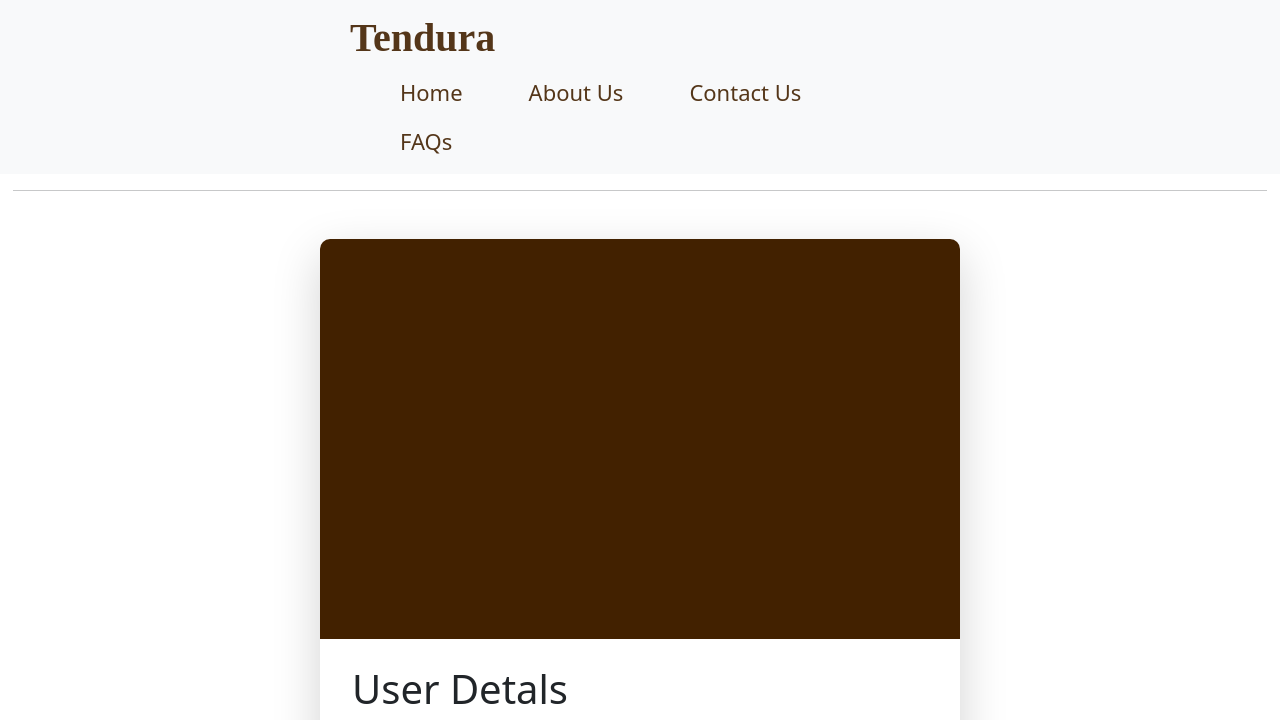
Repository: Starboy117/OOP-Project
Page: http://localhost/Online_Hotel_Reservation_System/userProfile.jsp
These files come from the project's save history. The page is drawn as it stood at one moment and after the next save; the edit follows.
The browser window is 1280 px wide. The pictures show the whole page.
An inner scrolling area shows only its first screen. The page is served by Tomcat 9. The session is filled in as if someone had signed in: {"userId": 1, "name": "Test User", "userDetails": "testuser"}. Other server files are loaded and not shown.

Above is the page before, as saved 2025-05-07 14:43:01.

### Online_Hotel_Reservation_System/src/main/webapp/userProfile.jsp
<!DOCTYPE html>
<%@ taglib uri="http://java.sun.com/jsp/jstl/core" prefix="c" %>

<%

	Integer id = (Integer) session.getAttribute("userId");
	if(id == null){

		response.sendRedirect("Login.jsp");
		return;
	}
%>

<c:if test="${not empty sessionScope.user}">
<p>error</p>
</c:if>

<html>
    <head>
        <meta charset="UTF-8" />
        <meta name="viewport" content="width=device-width, initial-scale=1.0" />
        <title>Tendura</title>
        <link rel="icon" href="Images/Tendura 1.png" type="image/png" />
        <link href="https://cdn.jsdelivr.net/npm/bootstrap@5.0.2/dist/css/bootstrap.min.css" rel="stylesheet" />
        <link href="https://cdn.jsdelivr.net/npm/bootstrap-icons/font/bootstrap-icons.css" rel="stylesheet">
        <link href="css/userProfile.css" rel="stylesheet">
    </head>

    <body>
        <nav class="navbar custom navbar-light bg-light fixed-top" style="opacity: 90%;">
            <div class="logo1">
              <a href="Home.jsp" class="navbar-brand">
                <span class="fw-bold text-brown fs-1 text-s5">Tendura</span>
              </a>
            </div>
            <div class="tabs">
              <ul class="nav" style="margin: 0%;">
                <li class="nav-item">
                  <a class="nav-link custom" href="Home.jsp">Home</a>
                </li>
                <li class="nav-item">
                  <a class="nav-link custom" href="#">About Us</a>
                </li>
                <li class="nav-item">
                  <a class="nav-link custom" href="#">Contact Us</a>
                </li>
                <li class="nav-item">
                  <a class="nav-link custom" href="#">FAQs</a>
                </li>
              </ul>
            </div>
          </nav>
        <center>
          <hr style="width: 98%; border: 2px #422100;" class="mb-5">
        </center>

        <div class="profile-container shadow-lg">

          <div class="design1">

          </div>

          <form id="form1">

              <div class="form-container">
                <fieldset disabled id="fieldset1">
                  <legend class="fs-1">User Detals</legend><br>
                  <label class="fs-3">Name ${user.name}</label><br>
                  <input class="input1" type="text" value="${user.name}"><br><br>

                  <label class="fs-3">Username</label><br>
                  <input class="input1" type="text" value="${user.username}"><br><br>

                  <label class="fs-3">Email</label><br>
                  <input class="input1" type="email" value="${user.email}"><br><br>
                </fieldset>

                <button type="button" class="btn custom bg-brown btn-lg border-0" id="edit-btn" onclick="updateProfile();">Edit <i class="bi bi-pencil"></i></button>
                <button type="submit" class="btn-success btn-lg border-0" style="display: none;margin-bottom:50px;" id="update-btn">Update <i class="bi bi-arrow-clockwise"></i>
                </button>
                </div>

            </form>

              <br><br>
              <hr style="margin: auto;">
              <br><br>

          <form id="form2">

              <div class="form-container" style="padding-bottom:50px;">
                <fieldset disabled id="fieldset2">
                  <legend class="fs-1">Password</legend><br>
                  <label class="fs-3">Username</label><br>
                  <input class="input1" type="password" value="${user.password}"><br><br>

                  <label class="fs-3">Confirm Password</label><br>
                  <input class="input1" type="password" value="${user.password}"><br><br>
                </fieldset>

                <button type="button" class="btn custom bg-brown btn-lg border-0" id="cp-btn" onclick="changePass();">Change Password</button>
                <button type="submit" class="btn-success btn-lg border-0" style="margin-bottom:50px;display:none" id="cp-update-btn">Change Password</button>

              </div>

          </form>


        </div>

        <script src="js/userProfile.js"></script>
    </body>




</html>

### Online_Hotel_Reservation_System/src/main/webapp/css/userProfile.css
@font-face {
    font-family: 'Cinzel';
    src: url('Fonts/Cinzel-VariableFont_wght.ttf') format('truetype');
  }



  html, body {
    margin: 0;
    padding: 0;
    height: 100%;
    overflow-x: hidden;
  }




  .bg-brown {
    background-color: #422100;
    color: whitesmoke;
  }

  .text-brown {
    color: #422100;

  }

  .text-s5{

    font-family: 'Cinzil';
  }

  .navbar.custom{

    padding-left: 350px;
    padding-right: 350px;
    position: relative;
  }

  .logo1 {

    width: auto;
  }

  .tabs {
    margin-right: 50px;
    display: flex;
    align-items: center;
  }

  .nav-link.custom {
    color: #422100;
    font-size: 22px;
    font-weight: 400;
    padding-left: 50px;
  }

  .nav-link.custom:hover,
  .nav-link.custom.active {
    color: #d6ab5b;
  }

  .profile-container{

    height: auto;
    margin: auto;
    width: 50%;
    border-radius: 10px;
  }

  .design1{

    height: 400px;
    width: 100%;
    background-color: #422100;
    border-top-left-radius: 10px;
    border-top-right-radius: 10px;
  }

  .input1{

    margin-top: 20px;
    width: 100%;
    height: 50px;
    border: 1px solid #ccc;
}

.form-container{

  width: 90%;
  margin: auto;
  margin-top: 20px;

}

.btn.custom {
  margin-bottom: 50px;
}

### Online_Hotel_Reservation_System/src/main/webapp/js/userProfile.js

document.addEventListener('DOMContentLoaded', function() {
    function updateProfile() {
        document.getElementById("fieldset1").disabled = false;
        document.getElementById("edit-btn").style.display = "none";
        document.getElementById("update-btn").style.display = "block";
        const inputs = document.querySelectorAll("#form1 input");
        inputs.forEach(input => {
            input.style.border = "1px solid #6c6c6c";
        });
    }

    function changePass() {
        document.getElementById("fieldset2").disabled = false;
        document.getElementById("cp-btn").style.display = "none";
        document.getElementById("cp-update-btn").style.display = "block";
        const inputs = document.querySelectorAll("#form2 input");
        inputs.forEach(input => {
            input.style.border = "1px solid #6c6c6c";
        });
    }

    // Password visibility toggle
    const togglePassword = document.querySelector('#togglePassword');
    const toggleConfirmPassword = document.querySelector('#toggleConfirmPassword');
    const password = document.querySelector('#password');
    const confirmPassword = document.querySelector('#confirmPassword');

    if (togglePassword && password) {
        togglePassword.addEventListener('click', function() {
            // toggle the type attribute
            const type = password.getAttribute('type') === 'password' ? 'text' : 'password';
            password.setAttribute('type', type);

            // toggle the icon
            this.classList.toggle('bi-eye');
            this.classList.toggle('bi-eye-slash');
        });
    }

    if (toggleConfirmPassword && confirmPassword) {
        toggleConfirmPassword.addEventListener('click', function() {
            // toggle the type attribute
            const type = confirmPassword.getAttribute('type') === 'password' ? 'text' : 'password';
            confirmPassword.setAttribute('type', type);

            // toggle the icon
            this.classList.toggle('bi-eye');
            this.classList.toggle('bi-eye-slash');
        });
    }

    // Make functions available globally if needed
    window.updateProfile = updateProfile;
    window.changePass = changePass;
});

After the next save:
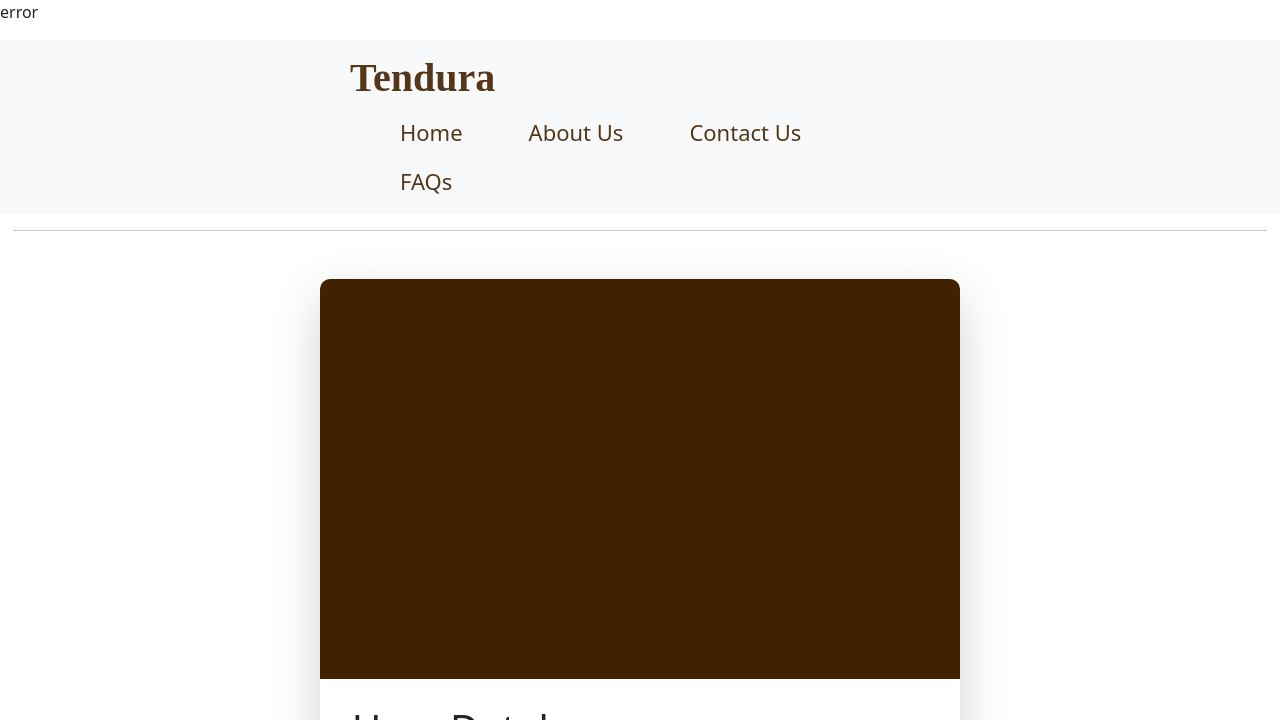
Saved 4 min 7 s later.
--- a/Online_Hotel_Reservation_System/src/main/webapp/userProfile.jsp
+++ b/Online_Hotel_Reservation_System/src/main/webapp/userProfile.jsp
@@ -10,9 +10,9 @@
 		return;
 	}
 %>
-
-<c:if test="${not empty sessionScope.user}">
-<p>error</p>
+<c:set var="id" value="${sessionScope.userId}" />
+<c:if test="${empty sessionScope.id}">
+    <p>error</p>
 </c:if>
 
 <html>

After the save that followed:
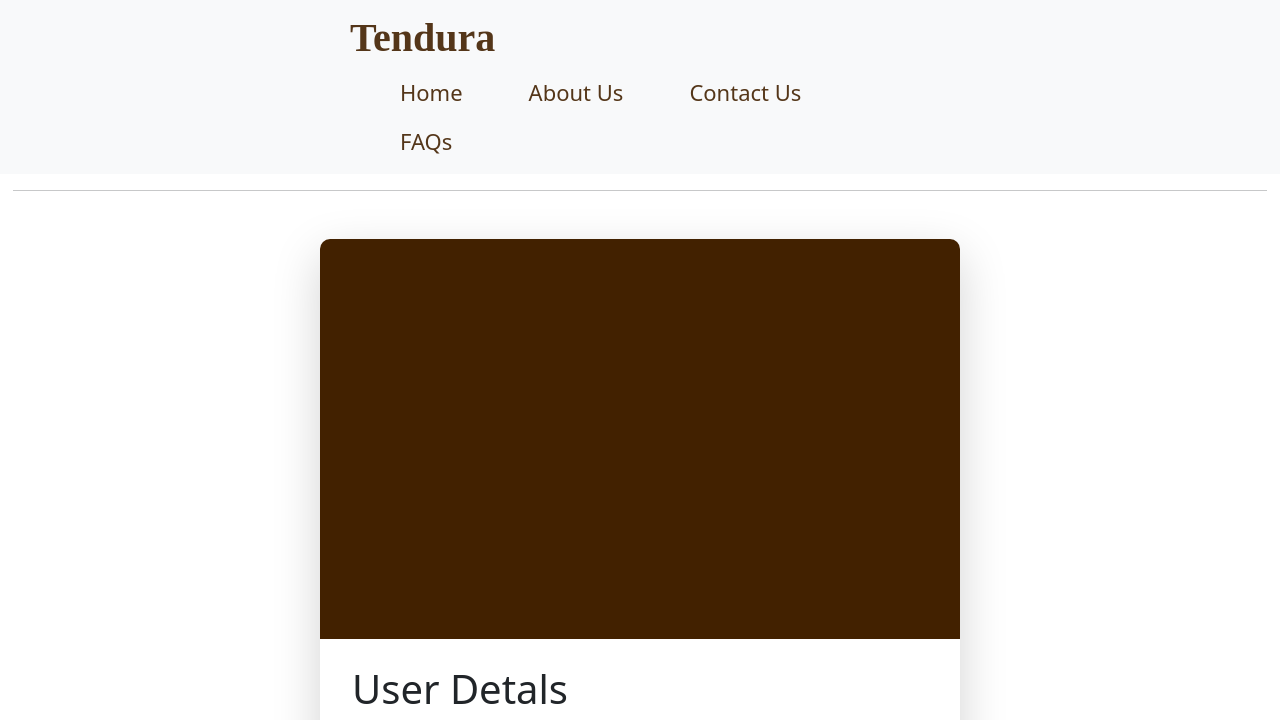
Saved 68 s later.
--- a/Online_Hotel_Reservation_System/src/main/webapp/userProfile.jsp
+++ b/Online_Hotel_Reservation_System/src/main/webapp/userProfile.jsp
@@ -11,7 +11,7 @@
 	}
 %>
 <c:set var="id" value="${sessionScope.userId}" />
-<c:if test="${empty sessionScope.id}">
+<c:if test="${empty id}">
     <p>error</p>
 </c:if>
 
